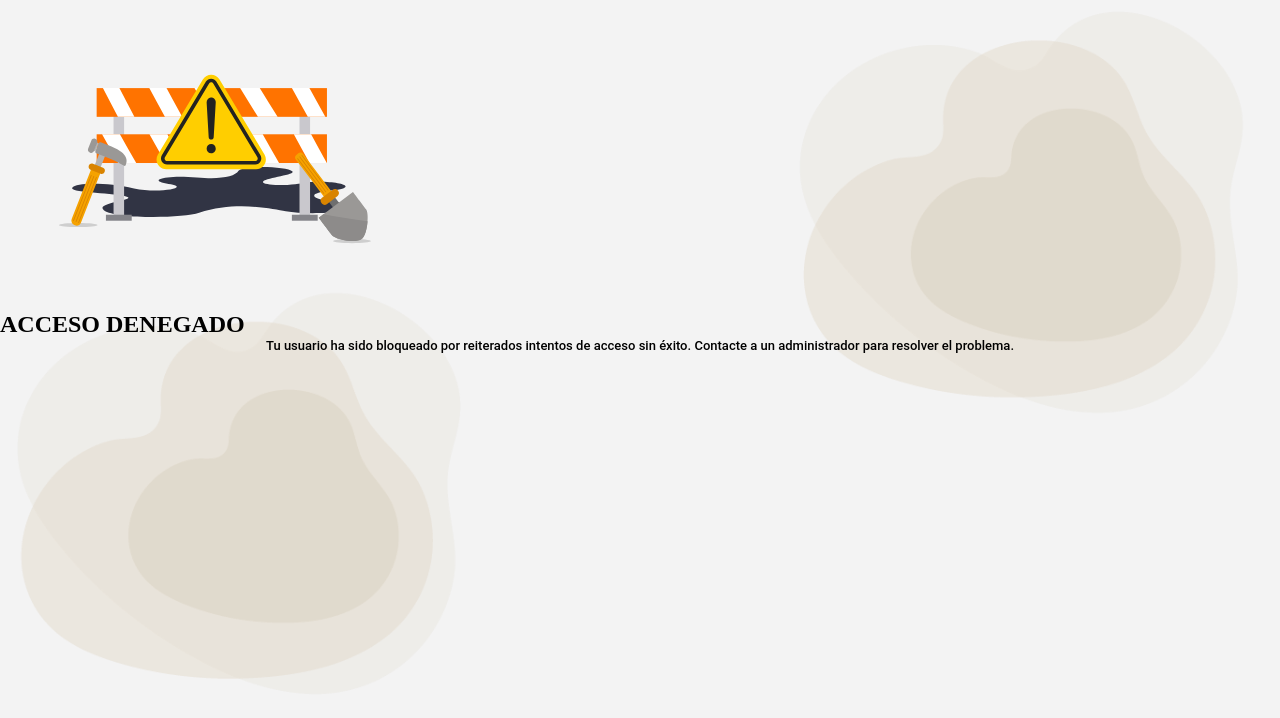
Repository: AlejandraBarrachina23/TPIntegrador_Barrachina_Java
Page: http://localhost/Alejandra_Barrachina_TP_Integrador1/error404.jsp
The author's editor kept a copy of each file at every save. The page is drawn from the files as they stood at one save, then again after the next save.
The browser window is 1280 px wide. The pictures show the whole page.
Some web libraries are served in a nearby version. The page is served by Tomcat 9. Nobody is signed in. The application's start-up code is not run. Other server files are loaded and not shown.

Above is the page before, as saved 2019-12-04 22:02:44.

### Alejandra_Barrachina_TP_Integrador1/WebContent/error404.jsp

<%@ page language="java" contentType="text/html; charset=ISO-8859-1"
    pageEncoding="ISO-8859-1"%>
<!DOCTYPE html>
<html>
<head>
<meta charset="ISO-8859-1">

<script src="https://kit.fontawesome.com/735f5623c2.js" crossorigin="anonymous"></script>
<link href="estilos.css" type="text/css" rel=stylesheet>
</head>
<body>

<div id="error-404">
		<img src="img/404.svg" alt="icono-advertencia" class="icono-advertencia">
		<h2>ACCESO DENEGADO</h2>
		<p>Tu usuario ha sido bloqueado por reiterados intentos de acceso sin éxito. Contacte a un administrador para resolver el problema.</p>
</div>

</body>
</html>

### Alejandra_Barrachina_TP_Integrador1/WebContent/estilos.css
@charset "ISO-8859-1";


* {
	padding:0px;
	margin:0px;
	border:0px;
}

body {
		background-color:#f3f3f3;
		background-image: url(iconos/fondo.png);
		background-repeat: no-repeat;
 		background-size: cover;

}


/*=============================================================
      FORMULARIO LOGIN
 ============================================================== */


 #form-login{

	width:65%;
 	margin	: 5% 17%;

}

#form-login-right, #form-login-left {


	height:750px;
	float:left;
	background-color:#F9FBFC;

}

#form-login-left {

	width:65%;
	border-top-left-radius: 20px;
	border-bottom-left-radius: 20px;
	box-shadow: 0px 18px 10px -6px rgba(0,0,0,0.31);
	opacity:0.9;
}

#form-login-left img {

	width:90%;
	padding	: 10% 5%;

}

#form-login-right {

	width:33%;
	border-top-right-radius: 20px;
	border-bottom-right-radius: 20px;
	box-shadow: 13px 14px 10px -6px rgba(0,0,0,0.31);
	opacity:0.8;

}


h1 {

		font-size:50px;
		font-family: 'Bebas Neue', cursive;
		color:#2C5060;
		margin-top:30%;
		text-align:center;
}

p, #form-login-right a {

	font-family: 'Roboto', sans-serif;
	font-weight: 500;
	font-size: 13px;
	color:black;
	text-align:center;
}

.text-box {

	border-bottom: 1px solid black;
	width:250px;
	text-align: center;
	margin-left:12%;
}

.text-box i {

	float:left;
	color: #2C5060;
	padding:7px;
}

#form-login-right [type="text"], #form-login-right [type="password"]{

	padding:5px;
	width:180px;
	border:none;
	outline:none;
	background-color:#FAFCFD;
	font-family: 'Oswald', sans-serif;

}

.main-button {

	background-color: #2C5060;
	color:white;
	width:35%;
	font-size:15px;
	border-style:none;
	padding:5px;
	border-radius: 15px;
	border: 0px solid #000000;
	box-shadow: 10px 10px 25px -13px rgba(0,0,0,0.75);
	font-family: 'Oswald', sans-serif;
	margin-left: 50%;

}

.main-button:hover {

	background-color: #1a6373;
}

.iconos-redes {

	width:5%;

}


#login-informacion {

	width:90%;
	padding:5%;

}


#login-informacion a{

	font-family: 'Oswald', sans-serif;
	font-size:15px;
	margin-left:48%;
}

#login-contacto{

	margin-top:50%;
	text-align:center;
}


#login-contacto p {

	font-size:18px;
	font-family: 'Oswald', sans-serif;

}

#login-recuperacion{

	padding-top:20%;
	text-align:center;

}

.restart-button{

	background-color: #2C5060;
	color:white;
	width:35%;
	font-size:15px;
	border-style:none;
	padding:5px;
	border-radius: 15px;
	border: 0px solid #000000;
	box-shadow: 10px 10px 25px -13px rgba(0,0,0,0.75);
	font-family: 'Oswald', sans-serif;

}

#form-advertencia {

	width:100%;
	text-align:center;
	margin-top:50%;
	color:#E16C78;
	font-family: 'Oswald', sans-serif;

}

.icono-advertencia{

	margin-top:15%;
	padding:2%;
	width:30%;
	margin: 0 auto;

}

#form-advertencia p {

	color:#E16C78;
	font-size: 15px;
}

.blue{

	color:#30A9E3;
}


 /*=======================
      FORMULARIO INDEX
 ========================= */

 .section-principal{

	float:left;
	height:1100px;
	width:90%;
	background-color:#f3f3f3;
	color:black;
	text-align:center;
	margin-left:10%;
}

.section-principal select {

	font-family: 'Oswald', sans-serif;
	border:1px solid black;
	margin:5px;
	padding:2px;
	color:black;
}

.section-principal input{

	width:15%;
	padding:5px;
	border:1px solid black;
	font-family: 'Oswald', sans-serif;
}

.section-principal label{

	font-size:18px;
	font-family: 'Oswald', sans-serif;

}

.section-principal a{

	color:black;

}


nav {

	background-color:#2C5060;
	font-family: 'Francois One', sans-serif;
	width:10%;
	height:950px;
	font-size:15px;
	float:left;
	position:fixed;

}

 ul {

	list-sytle: none;
	width:100%;
}

a {

	text-decoration:none;
	color:white;

}

li:hover {

	border-left: solid 4px #2896BC;
	background-color: #2F5866;
	transition: background-color 0.3s;
	transition: border 0.3s;

}

ul li {

	border-left: solid 4px #2C5060;
	font-family: 'Oswald', sans-serif;
	padding:15px;
	border-bottom: 1px solid #2D5C6D;


}

.icon{

	width:13%;
	padding-right:5px;

}


#icon-usuario{

	width:40%;
}

li .icon{

	float:left;

}


#user {

	width:100%;
	margin-top:40%;
	text-align:center;
	padding: 10% 0%;
	border-bottom: 1px solid #2D5C6D;

}

#user h2{

	color:#fff;

}

#user p, #header-user p {

	font-size:15px;
	color:#fff;
	padding:8px;
	font-family: 'Oswald', sans-serif;
}

 /*=======================
      FORMULARIO ALUMNOS
 ========================= */


#logo{

	width:30%;
	height:150px;
	border-bottom: 1px solid white;
	color:white;
	text-align:center;
	margin-top:30px;
}

#alumnos-principal {

	background-color:#fff;
	width:83%;
	margin-left: 200px;
	height:300px;
	box-shadow: 10px 10px 25px -13px rgba(0,0,0,0.75);

}

#form-agregar-usuario {

	background-color: white;
	width:95%;
	height:200px;
	margin:20px;
	padding:10px;
	box-shadow: 10px 10px 25px -13px rgba(0,0,0,0.75);
	display: none;


}

#form-listado-alumnos,#form-cursos,#form-listado-calificaciones {

	background-color: white;
	width:97%;
	height:970px;
	margin:20px;
	padding:10px;
	box-shadow: 10px 10px 25px -13px rgba(0,0,0,0.75);

}

#form-cursos{

	background-color:#f3f3f3;
	box-shadow: none;
}

#btn-flecha {

	background-image: url("iconos/flecha.png");
	background-repeat: no-repeat;
	width:25px;
	height:25px;
	background-color:#2C5060;
	border: 0;
	float:right;

}

.dato {

	float:left;
	margin: 10px;
	width:23%;


}

.dato input {

		width: 200px;
		background: #f3f3f3;
		font: inherit;
		box-shadow: 0 6px 10px 0 rgba(0, 0, 0 , .1);
		border: 0;
		outline: 0;
		padding: 8px;

}

.encabezados {

	background-color:#2C5060;
	color:white;
	padding:10px;
	margin:10px;
	font-family: 'Oswald', sans-serif;

}



h3 {

	display:inline;

}

label {

	color:#2C5060;
	font-family: 'Open Sans', sans-serif;
	font-weight: 600;
	font-size: 10px;
}

.flecha {

	float:right;
}

.content-table{

	border-collapse:collapse;
	margin:20px 10px;
	font-size:0.9em;
	width:99%;
	min-width:600px;
	box-shadow: 7px 9px 23px -13px rgba(0,0,0,0.93);
	font-family: 'Roboto', sans-serif;

}

.content-table-cursos{

	border-collapse:collapse;
	margin:20px 10px;
	font-size:0.9em;
	width:50%;
	min-width:600px;
	box-shadow: 7px 9px 23px -13px rgba(0,0,0,0.93);
	font-family: 'Roboto', sans-serif;
}

.content-table th, .content-table-cursos {

	background-color:#2C5060;
	color:white;
	font-weight: 600;
	padding:12px;



}

.content-table tr,
.content-table td {

	padding:5px 5px;

}

.content-table td {

	border-bottom: 1px solid #dddddd;

}

.content-table tr:nth-of-type(even) {

	background-color:#f3f3f3;

}

.content-table tr:last-of-type {

	border-bottom: 3px solid #2C5060;

}

.content-table-cursos .content-fileter{

	width:50%;

}

.content-filter {

	background-color:#f3f3f3;
	width:100%;
	text-align:center;
	padding:10px;


}

.pie-pagina{

	float:left;
	margin-top:20px;
	text-align:right;
	width:100%;
}

 /*=======================
      FORMULARIO ALUMNOS
 ========================= */

#section-index{

	float:left;
	height:900px;
	width:100%;
	margin:1px 1px;
	text-align:center;

}

#index-encabezado{

	background-color:#2C5060;
	text-align:center;
	height:295px;
	width:100%;

}

#section-index img {

	width:50%;

}

#index-descripcion {

	box-shadow: 10px 10px 25px -13px rgba(0,0,0,0.75);
	font-family: 'Roboto', sans-serif;
	background-color:#fff;
}


#index-descripcion-encabezado{

	text-align:center;
	background-color:#fff;

}

#index-descripcion-encabezado img{

	width:50%;

}

#index-descripcion-encabezado h2{

	font-size:50px;
	font-family: 'Francois One', sans-serif;
	color:#2C5060;

}

#index-descripcion-encabezado p{

	font-size:15px;
	font-family: 'Francois One', sans-serif;
	color:#2C5060;

}

#index-descripcion-contenido{

	text-align:center;
	height:430px;
	padding-left:220px;
}

#index-descripcion-contenido-profesores{


	height:430px;
	width:100%;


}

#index-descripcion-contenido-profesores .index-item-descripcion{

	width:18%;
	height:300px;
	float:left;
	margin-left:40%;

}

.index-item-descripcion {

	width:18%;
	height:300px;
	float:left;
	margin:30px;

}

.index-item-descripcion img {

	width:40%;
	padding:0% 20%;
	margin:0% 5%;
}

.index-item-descripcion h3 {

	font-size:25px;
	font-family: 'Oswald', sans-serif;

}

.index-item-descripcion p {

	font-size:15px;

}

.btn-index {

	padding:10px;
	margin:10px 38px;
	background-color: #2C5060;
	font-family: 'Oswald', sans-serif;
	font-size:20px;
	color:#fff;
	width:60%;
	box-shadow: 10px 10px 25px -13px rgba(0,0,0,0.75);
	float:left;
	text-align:center;

}

.modal-fondo {

	background: rgba(0,0,0,0.3);
	position:fixed;
	top:0;
	bottom:0;
	left:0;
	right:0;
	display:flex;
	align-items:center;
	justify-content:center;
	visibility:hidden;

}

.modal-fondo.active{

	visibility:visible;
}

.modal-contenido {

	background-color:#fff;
	box-shadow: 10px 10px 25px -13px rgba(0,0,0,0.75);
	width:20%;
	border: 3px solid #2C5060;
	padding-bottom: 15px;
}

.modal-contenido .btn-modal {

	width:30%;
	color:white;
	background-color: #2C5060;
	font-size:20px;
	padding:5px;
	margin:5px;

}

.modal-contenido [type="text"] {

	width:70%;
	font-size: 13px;
	margin-bottom:15px;

}

.modal-contenido h3 {

	font-size: 20px;
	font-family: 'Oswald', sans-serif;
	background-color:#2C5060;
	display:block;
	color:#fff;
	padding:8px;

}

.modal-contenido label {

	font-size: 15px;
	font-family: 'Roboto', sans-serif;
}

.modal-contenido select, .modal-contenido [type="date"], .modal-contenido [type="email"], .modal-contenido [type="number"] {

	font-family: 'Oswald', sans-serif;
	border:1px solid black;
	margin:5px;
	padding:2px;
	width:74%;
	padding:1%;
	color:black;

}

.modal-contenido [type="date"], .modal-contenido [type="email"], .modal-contenido [type="number"]{

	width:71%;

}

.opciones {

	color:black;
	background-color:#fff;

}

.btnFormulario {

	width:12%;
	padding:10px;
	font-size: 15px;
	font-family: 'Oswald', sans-serif;
	border-radius: 8px;
	background-color:#2C5060;
	color:white;
	float:right;
	border:0;
	margin:8px;
}

td .btn-modificar {

	width:22%;
	height:32px;
	background-image:url(iconos/modificar.png);
	background-repeat: no-repeat;
	border:none;
	background-color:inherit;
}

td .btn-eliminar {

	width:22%;
	height:32px;
	background-image:url(iconos/borrar.png);
	background-repeat: no-repeat;
	border:none;
	background-color:inherit;

}

td .btn-mostrar {

	width:12%;
	height:32px;
	background-color:blue;
	background-image:url(iconos/mostrar.png);
	background-repeat: no-repeat;
	border:none;
	background-color:inherit;
}

td .btn-calificaciones {

	width:12%;
	height:32px;
	background-image:url(iconos/notas.png);
	background-repeat: no-repeat;
	border:none;
	background-color:inherit;
}

/*=============================================================
      FORMULARIO CURSOS
 ============================================================== */

#form-curso-izquierda{

	background-color: #fff;
	width:38%;
	float:left;
	color:black;
	padding:0px 5%;
	box-shadow: 10px 10px 25px -13px rgba(0,0,0,0.75);
}

#form-curso-derecha{

	width:38%;
	float:left;
	box-shadow: 10px 10px 25px -13px rgba(0,0,0,0.75);
	padding:5px 5%;
	margin-left:2%;
	background-color:#fff;

}

#form-curso-izquierda [type="text"], #form-curso-izquierda select{

	padding:5px;
	width:180px;
	background-color:#FAFCFD;
	font-family: 'Roboto', sans-serif;
	font-size: 12px;
	color:black;

}

#form-curso-izquierda label {

	font-size:18px;
	display: block;
	witdh:20px;
}

.form-cursos-encabezado-izquierda{

	background-color: #2C5060;
	width:100%;
	margin: 20px 0px;
	padding:1px;


}

.form-cursos-encabezado-izquierda h2{

	color:white;
	padding:2px;
	font-family: 'Oswald', sans-serif;
}

#form-curso-derecha #listado-alumnos {

	text-align:center;
	width:100%;

}

#form-curso-derecha #listado-alumnos li {

	font-size:15px;
	padding:0;
	width:20%;
	border:none;
	background-color:none;
	margin-left:40%;
	list-style: none;



}

#form-curso-derecha #listado-alumnos li:hover {

	background-color:white;
}

/*=============================================================
      FORMULARIO CALIFICACIONES
 ============================================================== */

.busqueda-califaciones{

	width:98%;
	margin:1%;
	box-shadow: 0px 18px 10px -6px rgba(0,0,0,0.31);
	background-color:#fff;
	padding-bottom:2%;

}

.busqueda-califaciones h2{

	width:99%;
	background-color:blue;
	color:#fff;
	background-color:#2C5060;
	font-family: 'Oswald', sans-serif;
	padding:0.5%;
	margin-bottom:1%;

}

#form-listado-calificaciones h2{

	color:#fff;
	background-color:#2C5060;
	font-family: 'Oswald', sans-serif;
	width:99%;
	padding:0.5%;

}


/*=============================================================
      FORMULARIO REPORTES
 ============================================================== */


#form-reportes{

	background-color: #f3f3f3;
	width:97%;
	height:970px;
	margin:20px;
	padding:10px;

}

#form-reportes-fila-uno{

	width:85%;
	height:250px;
	padding-left: 15%;

}

.fila-uno-items{

	width:15%;
	height:190px;
	float:left;
	margin:1%;
	box-shadow: 0px 18px 10px -6px rgba(0,0,0,0.31);
	background-color:#fff;
	padding:1%;
	border-radius:10px;

}

.fila-uno-items img {

	width:40%;
	padding:3%;


}

.fila-uno-items h2 {

	font-family: 'Oswald', sans-serif;
	font-size:20px;

}

.fila-uno-items p {

	font-size:25px;
	font-family: 'Francois One', sans-serif;
	color:#2C5060;

}

.fila-uno-items-pie{

	padding:2%;
	margin-left:25%;
}

.fila-uno-items-pie img {

	width:12%;
	float:left;
}


.fila-uno-items-pie p {

	font-size:20px;
	float:left;

}

#form-reportes-fila-dos{

	width:100%;
	margin-top:3%;
	height:500px;


}

.form-reportes-graficos{

	width:25%;
	background-color:#fff;
	float:left;
	box-shadow: 0px 18px 10px -6px rgba(0,0,0,0.31);
	margin:3% 1%;
	padding:3%;
	border-radius:5px;
}

.form-reportes-graficos h3 {

	font-family: 'Oswald', sans-serif;
	margin:5%;
}

#form-reportes-fila-dos h2, #form-reportes-fila-tres h2{

	font-family: 'Oswald', sans-serif;
	background-color:#2C5060;
	color:white;
	width:99.5%;
	padding:0.5%;

}

.fila-uno-items-pie{

	border-top: 1px solid #f3f3f3;

}

#form-reportes-fila-tres {

	width:100%;
	heigth:300px;

}

.reporte-fila-tres-promedio{

	width:39%;
	float:left;
	text-align:center;
	margin:0.5%;
	background-color:#fff;
	box-shadow: 0px 18px 10px -6px rgba(0,0,0,0.31);
	padding:0.5% 5%;

}

.reporte-fila-tres-promedio h3{

	font-family: 'Oswald', sans-serif;
}

#form-reportes-fila-tres .content-table {

	width:100%;
	float:left;
	padding:20px;
	margin:3% 6%;

}

.resultado-busqueda{

	width:98%;
	heigth:500px;
	background-color:#fff;
	overflow:hidden;
	margin-left:1%;
}

.resultado-busqueda-asistencias{

	width:98%;
	heigth:500px;
	overflow:hidden;
	margin-left:1%;

}

.tabla-resultado-busqueda{

	width:60%;
	float:left;
	margin: 1% 20%;

}

.resultado-busqueda-asistencias .tabla-resultado-busqueda{

	width:30%;
	float:left;
	margin: 1% 20%;
}


.titulos {

	background-color:#2C5060;
	color:#fff;
	padding:0.5%;
	font-family: 'Oswald', sans-serif;

}

.form-reportes-graficos-asistencias{

	width:30%;
}


.form-reportes-graficos-asistencias h3{

	font-family: 'Oswald', sans-serif;
}

.resultado-busqueda-asistencias .graficos-resultado-busqueda .form-reportes-graficos-asistencias{

	margin-left:35%;
	margin-top:1%;
}

.resultado-busqueda-asistencias .tabla-resultado-busqueda{

	margin-left:32%;
	margin-top:1%;
}

Loaded but not shown: Alejandra_Barrachina_TP_Integrador1/WebContent/img/404.svg (5837 lines, source omitted)

After the next save:
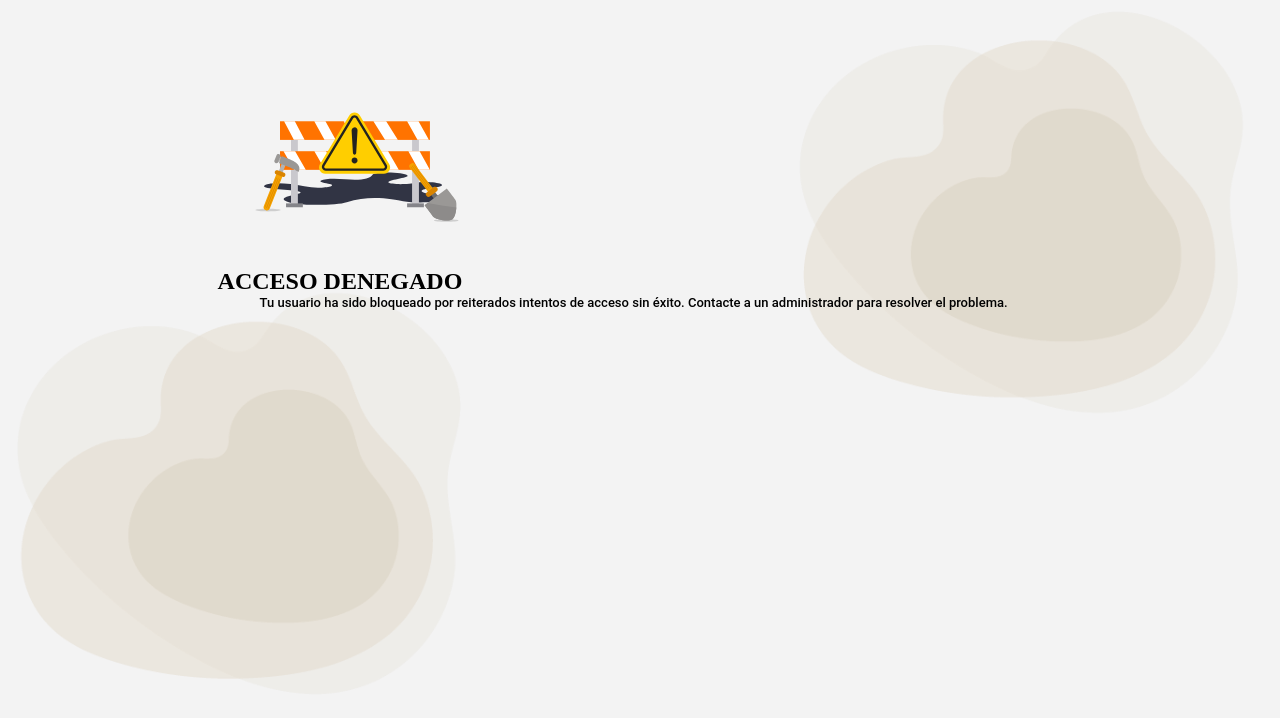
Saved 11 s later.
--- a/Alejandra_Barrachina_TP_Integrador1/WebContent/estilos.css
+++ b/Alejandra_Barrachina_TP_Integrador1/WebContent/estilos.css
@@ -21,7 +21,7 @@ body {
  ============================================================== */
 
 
- #form-login{
+ #form-login, #error-404{
 
 	width:65%;
  	margin	: 5% 17%;
